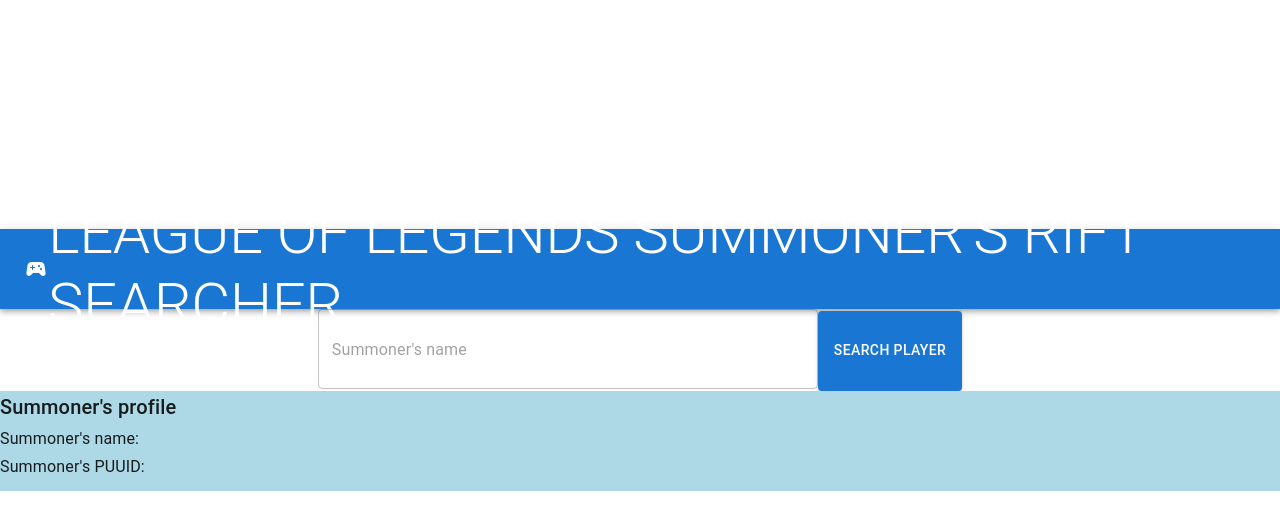
Repository: Mikerr21/League-Of-Legends-API
Page: /
The author's editor kept a copy of each file at every save. The page is drawn from the files as they stood at one save, then again after the next save.
The browser window is 1280 px wide. The pictures show the whole page.
The page's requests for data from a server got no answer. The project was rebuilt for these pictures with package versions that can differ from the ones it lists, and the page was loaded fresh each time. No one was signed in, and anything a server would have sent is missing.

Above is the page before, as saved 2022-09-24 22:30:46.

### public/index.html
<!DOCTYPE html>
<html lang="en">
  <head>
    <meta charset="utf-8" />
    <link rel="icon" href="%PUBLIC_URL%/favicon.ico" />
    <meta name="viewport" content="width=device-width, initial-scale=1" />
    <meta name="theme-color" content="#000000" />
    <meta
      name="description"
      content="Web site created using create-react-app"
    />
    <link rel="apple-touch-icon" href="%PUBLIC_URL%/logo192.png" />

    <title>React App</title>
  </head>
  <body>
    <noscript>You need to enable JavaScript to run this app.</noscript>
    <div id="root"></div>

  </body>
</html>

### src/App.js
import React from "react";
import axios from "axios";
import { useState } from "react";
import { AppBar } from "@mui/material";
import { Toolbar } from "@mui/material";
import { CssBaseline } from "@mui/material";
import SportsEsportsIcon from "@mui/icons-material/SportsEsports";
import OutlinedInput from "@mui/material/OutlinedInput";

import { Typography } from "@mui/material";
import { Button } from "@mui/material";
import { Box } from "@mui/material";

import ListSubheader from '@mui/material/ListSubheader';
import List from '@mui/material/List';
import ListItemButton from '@mui/material/ListItemButton';
import ListItemIcon from '@mui/material/ListItemIcon';
import ListItemText from '@mui/material/ListItemText';
import Collapse from '@mui/material/Collapse';
import InboxIcon from '@mui/icons-material/MoveToInbox';
import DraftsIcon from '@mui/icons-material/Drafts';
import SendIcon from '@mui/icons-material/Send';
import ExpandLess from '@mui/icons-material/ExpandLess';
import ExpandMore from '@mui/icons-material/ExpandMore';
import StarBorder from '@mui/icons-material/StarBorder';
import Grid from "@mui/material/Grid";

function App() {
  const [searchPlayer, setSearchPlayer] = useState("");
  const [playerData, setPlayerData] = useState({});
  const API_KEY = "c4eb3244-2494-4789-a6a3-47b4f6d5b70a";

  function fetchPlayerData(event) {
    var API_KEY = "RGAPI-e5d7e95c-8a4e-4469-bf42-53bc6d1175b3";
    var API_CALL_STRING =
      "https://euw1.api.riotgames.com/lol/summoner/v4/summoners/by-name/" +
      searchPlayer +
      "?api_key=" +
      API_KEY;
    axios
      .get(API_CALL_STRING)
      .then(function (response) {
        //Success

        setPlayerData(response.data);
      })
      .catch(function (error) {
        //Error
        console.log(error);
      });
  }

  return (
    <div className="App">
      <CssBaseline />

      <Grid
  container
  spacing={0}
  direction="column"
  alignItems="center"
  justifyContent="center"
  style={{ minHeight: '100vh' }}
>
<CssBaseline />
<AppBar position="static">
        <Toolbar variant="dense" style={{ height: "80px" }}>
          <SportsEsportsIcon></SportsEsportsIcon>
          <Typography variant="h2" component="h2">
            LEAGUE OF LEGENDS SUMMONER'S RIFT SEARCHER
          </Typography>
        </Toolbar>
      </AppBar>
      <Box>
        <OutlinedInput
          onChange={(e) => setSearchPlayer(e.target.value)}
          type="text"
          placeholder="Summoner's name"
          style={{ height: "80px", width: "500px" }}
        ></OutlinedInput>
        <Button
          onClick={fetchPlayerData()}
          variant="contained"
          style={{ height: "80px" }}
        >
          Search player
        </Button>
      </Box>
      {JSON.stringify(playerData.data)}

      <List
      sx={{ width: '100%', maxWidth: 1300, bgcolor: 'lightblue' }}
      component="nav"
      aria-labelledby="nested-list-subheader"
      subheader={
        <Typography variant="h6">
         Summoner's profile
        </Typography>
      }
    >
      {/* <ListItemButton>
        <ListItemIcon>
          <SendIcon />
        </ListItemIcon>
        <ListItemText primary="Sent mail" />
      </ListItemButton>
      <ListItemButton>
        <ListItemIcon>
          <DraftsIcon />
        </ListItemIcon>
        <ListItemText primary="Drafts" />
      </ListItemButton>
        <List component="div" disablePadding>
          <ListItemButton sx={{ pl: 4 }}>
            <ListItemIcon>
              <StarBorder />
            </ListItemIcon>
            <ListItemText primary="Starred" />
          </ListItemButton>
        </List>
     */}
 <ListItemText>
  <Typography variant="h7">
    Summoner's name:{searchPlayer}
  </Typography>
 </ListItemText>
 <ListItemText>
  <Typography variant="h7">
    Summoner's PUUID:{playerData.puuid}
  </Typography>
 </ListItemText>
 </List>


</Grid>

    </div>
  );
}

export default App;

Loaded but not shown: src/index.js (common file)

After the next save:
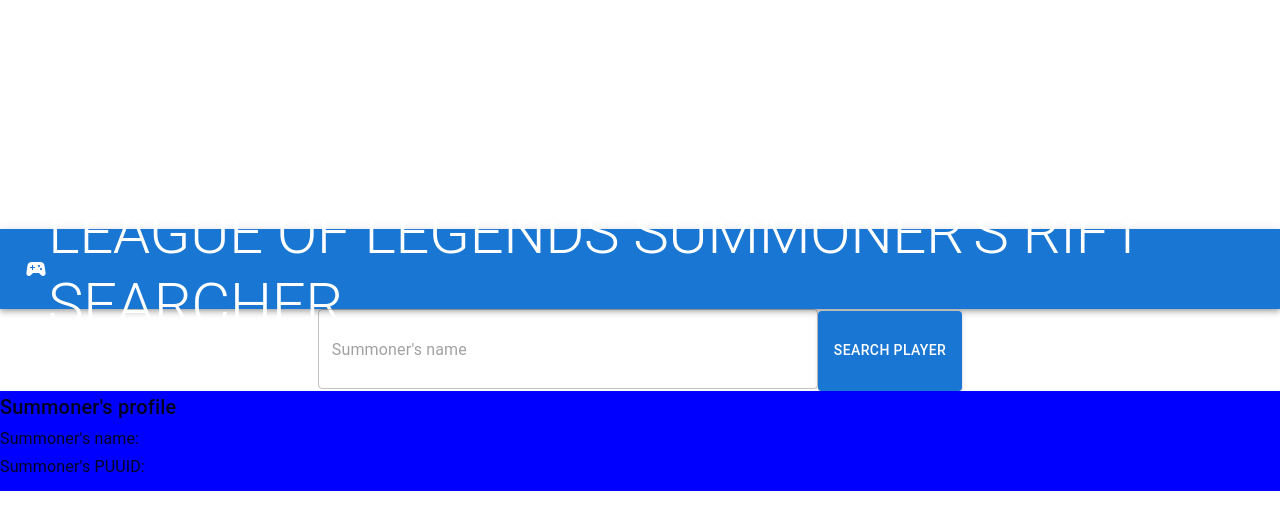
Saved 4 s later.
--- a/src/App.js
+++ b/src/App.js
@@ -89,7 +89,7 @@
       {JSON.stringify(playerData.data)}
 
       <List
-      sx={{ width: '100%', maxWidth: 1300, bgcolor: 'lightblue' }}
+      sx={{ width: '100%', maxWidth: 1300, bgcolor: 'blue' }}
       component="nav"
       aria-labelledby="nested-list-subheader"
       subheader={
